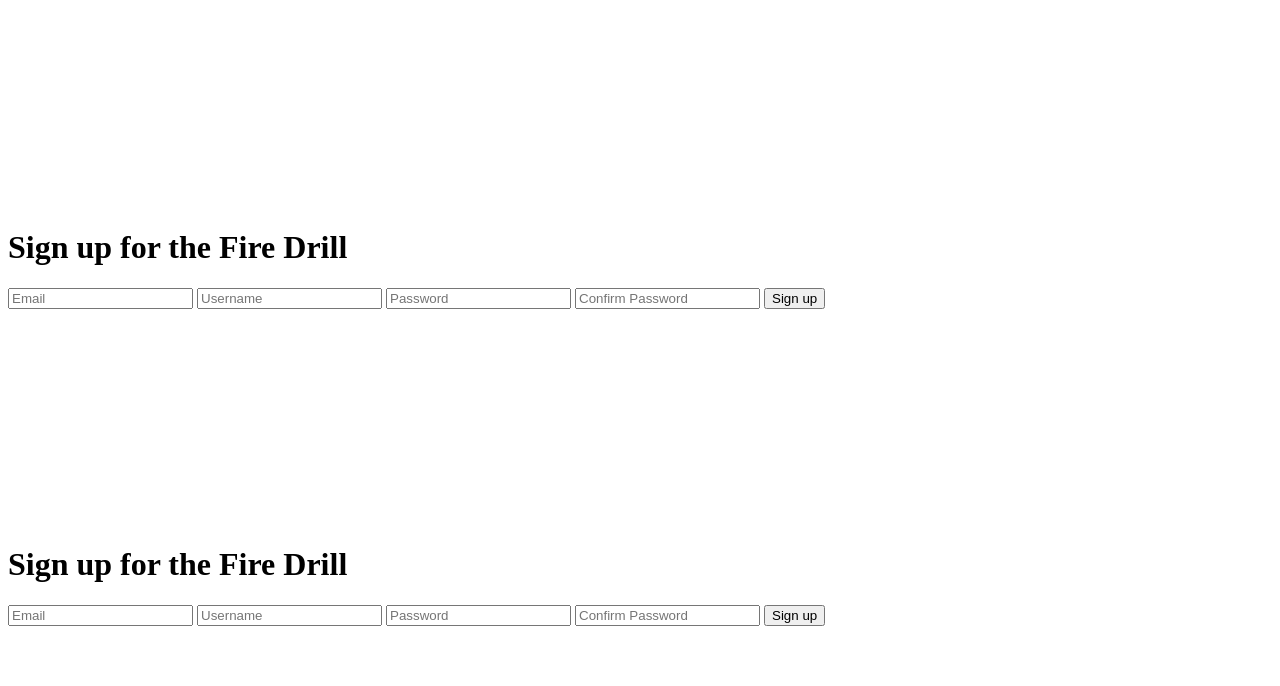
Repository: robertgshaw/fire-drill
Page: templates/signupTemplate.html
The author's editor kept a record of every edit. The page is drawn from the files as they stood at one moment, then again after the next edit.
The browser window is 1280 px wide. The pictures show the whole page.

Above is the page before.

After the next edit:
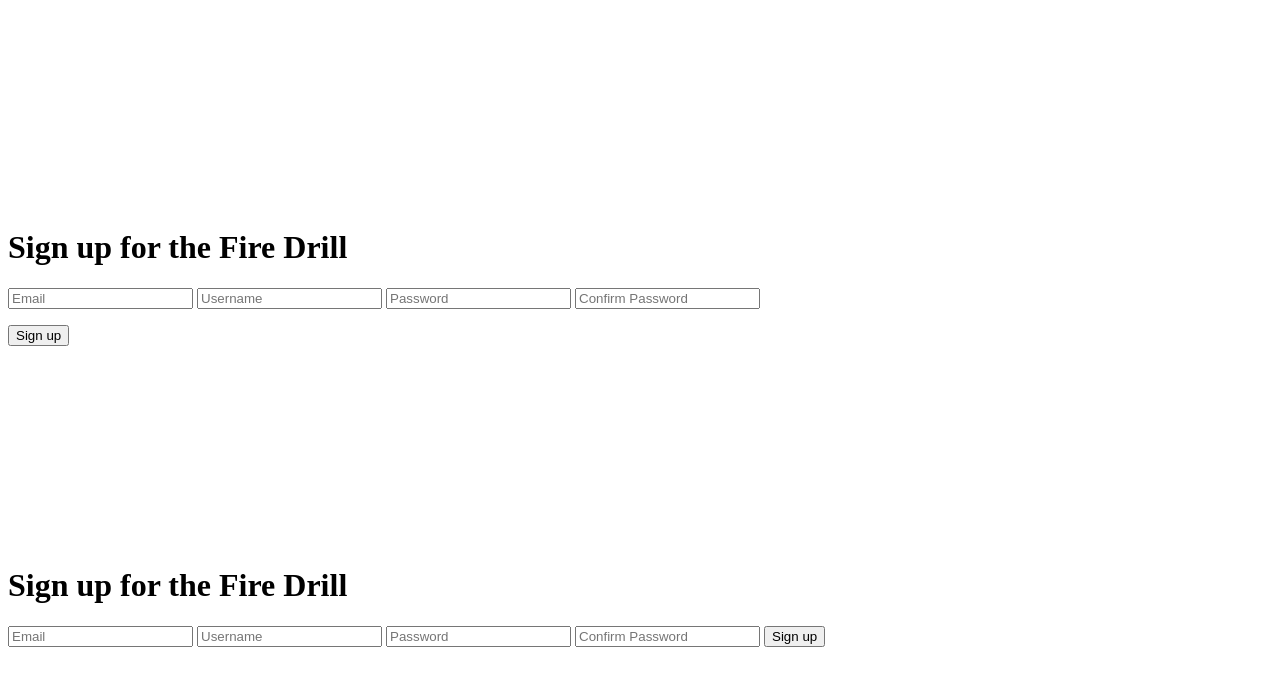
The edit:
--- a/templates/signupTemplate.html
+++ b/templates/signupTemplate.html
@@ -7,8 +7,8 @@
             <input type="text" id="signup-username" class="form-control" placeholder="Username"/>
             <input type="password" id="signup-password" class="form-control" placeholder="Password" />
             <input type="password" id="signup-confirm" class="form-control" placeholder="Confirm Password"/>
-            <button class="btn btn-lg btn-primary btn-block signup-desktop">Sign up</button>
         </form>
+        <button class="btn btn-lg btn-primary btn-block signup-desktop">Sign up</button>
     </div>
 
     <div class="container hidden-lg hidden-md form-container">
